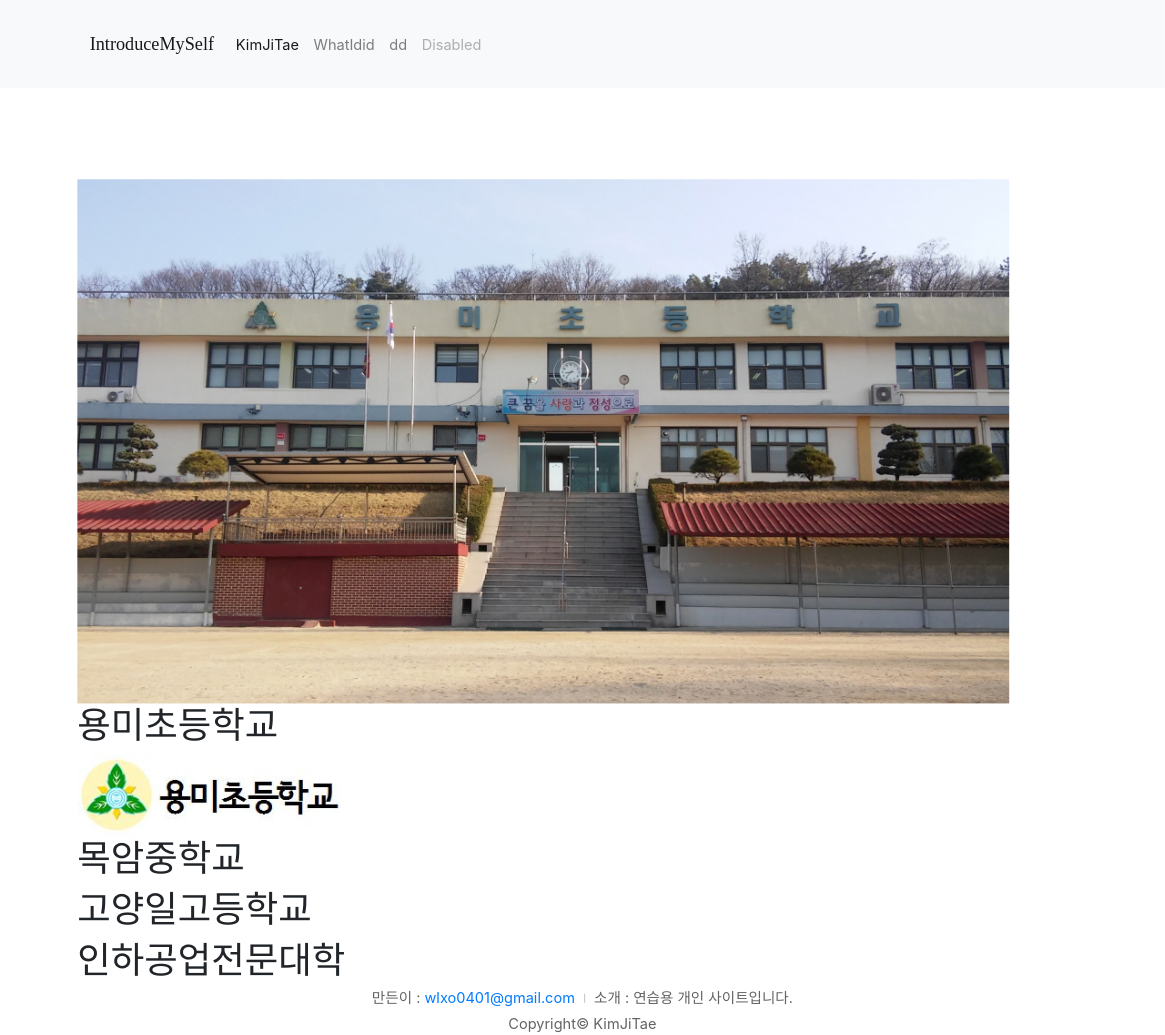
Repository: wlxo0401/IntroduveMySelf
Page: IntroduceMySelf/WebContent/KimJiTae.html
An editor plug-in stored every save of this project. The page is shown before and after the next save, followed by the edit.
The browser window is 1280 px wide. The pictures show the whole page, at 91% of full size.

Above is the page before, as saved 2020-03-11 06:44:44.

### IntroduceMySelf/WebContent/KimJiTae.html
<!DOCTYPE html>
<html>
  <head>
    <!-- Required meta tags -->
    <meta charset="utf-8">
    <meta name="viewport" content="width=device-width, initial-scale=1, shrink-to-fit=no">

    <!-- Bootstrap CSS -->
    <link rel="stylesheet" href="https://stackpath.bootstrapcdn.com/bootstrap/4.4.1/css/bootstrap.min.css" integrity="sha384-Vkoo8x4CGsO3+Hhxv8T/Q5PaXtkKtu6ug5TOeNV6gBiFeWPGFN9MuhOf23Q9Ifjh" crossorigin="anonymous">

    <title>Hello, world!</title>
    <link rel = "stylesheet" href = "style.css">
  </head>
<body>

<div id = "wrap">
	<!-- header -->
	<div id = "header">
		<nav class="navbar navbar-expand-lg navbar-light bg-light nav-distance">
			<a class="navbar-brand" href="https://pensive-heyrovsky-621c38.netlify.com">IntroduceMySelf</a>
		  	<button class="navbar-toggler" type="button" data-toggle="collapse" data-target="#navbarNav" aria-controls="navbarNav" aria-expanded="false" aria-label="Toggle navigation">
		    	<span class="navbar-toggler-icon"></span>
		  	</button>
		  	<div class="collapse navbar-collapse" id="navbarNav">
		    	<ul class="navbar-nav">
		      		<li class="nav-item active">
		        		<a class="nav-link" href="#">KimJiTae <span class="sr-only">(current)</span></a>
		      		</li>
		      		<li class="nav-item">
		        		<a class="nav-link" href="#">WhatIdid</a>
		      		</li>
		      		<li class="nav-item">
		        		<a class="nav-link" href="#">dd</a>
		      		</li>
		      		<li class="nav-item">
		        		<a class="nav-link disabled" href="#" tabindex="-1" aria-disabled="true">Disabled</a>
		      		</li>
		    	</ul>
			</div>
		</nav>
	</div>
	<!-- //header -->
	<!-- container -->
	<div class = "container">
		<div class = "ElementarySchool">
			<img src="img/espic.jpg" alt="My Image">
			<h1>용미초등학교</h1>
			<img src="img/eslogo.jpg" alt="My Image">
		</div>





		<h1>목암중학교</h1>

		<h1>고양일고등학교</h1>

		<h1>인하공업전문대학</h1>
	</div>
	<!-- //container -->
	<!-- footer -->
	<div id = "footer">
		<div class="footer-intro">만든이 : <a href="wlxo0401@gmail.com"> wlxo0401@gmail.com</a><span class="bar"></span>소개 : 연습용 개인 사이트입니다.</div>
		<div class="copyright">Copyright© KimJiTae</div>
	</div>
	<!-- //footer -->
</div>
<!-- Optional JavaScript -->
<!-- jQuery first, then Popper.js, then Bootstrap JS -->
<script src="https://code.jquery.com/jquery-3.4.1.slim.min.js" integrity="sha384-J6qa4849blE2+poT4WnyKhv5vZF5SrPo0iEjwBvKU7imGFAV0wwj1yYfoRSJoZ+n" crossorigin="anonymous"></script>
<script src="https://cdn.jsdelivr.net/npm/popper.js@1.16.0/dist/umd/popper.min.js" integrity="sha384-Q6E9RHvbIyZFJoft+2mJbHaEWldlvI9IOYy5n3zV9zzTtmI3UksdQRVvoxMfooAo" crossorigin="anonymous"></script>
<script src="https://stackpath.bootstrapcdn.com/bootstrap/4.4.1/js/bootstrap.min.js" integrity="sha384-wfSDF2E50Y2D1uUdj0O3uMBJnjuUD4Ih7YwaYd1iqfktj0Uod8GCExl3Og8ifwB6" crossorigin="anonymous"></script>
</body>
</html>

### IntroduceMySelf/WebContent/style.css
body{
	margin: 0;
	padding: 0;
}


.container{
	margin-top: 100px;
}

.maintitle1{
	font-family: NanumSquareR;
	font-size: 100px;
	line-height: 1.67;
	text-transform: uppercase;
	font-weight: 900;
	text-align: center;
	color: #354655d;
	margin-top: 50px;
	margin-bottom: 50px;
}


.maintitle2{
	text-transform: uppercase;
	font-family: NanumSquareR;
	font-size: 44.5px;
	line-height: 1.67;
	text-align: center;
	color: #354655d;
}


.nav-distance{
	padding: 2.1% 7.7%
}

.navbar-brand{
	font-family: NanumSquareR;
	line-height: 1.68;
	text-align: left;
	color: #35465d;
}


/* On screens that are 600px or less, set the background color to olive */
@media screen and (max-width: 600px) {
  html {
    font-size: 10px;
  }
  .navbar-brand{
  	font-size: 4rem;
  }
}
.footer {
    position: absolute;
    left: 0;
    bottom: 0;
    width: 100%;
	padding: 15px 0;
	text-align: center;
	color: white;
	background: blue;

}

.footer-intro {
    text-align: center;
    margin-top: 10px;
    line-height: 14px;
    color: #636363;
}
.footer-intro span.bar {
    display: inline-block;
    width: 1px;
    height: 10px;
    background: #bebebe;
    margin: 0 10px;
}
.copyright {
    margin-top: 10px;
    text-align: center;
    color: #636363;
}

After the next save:
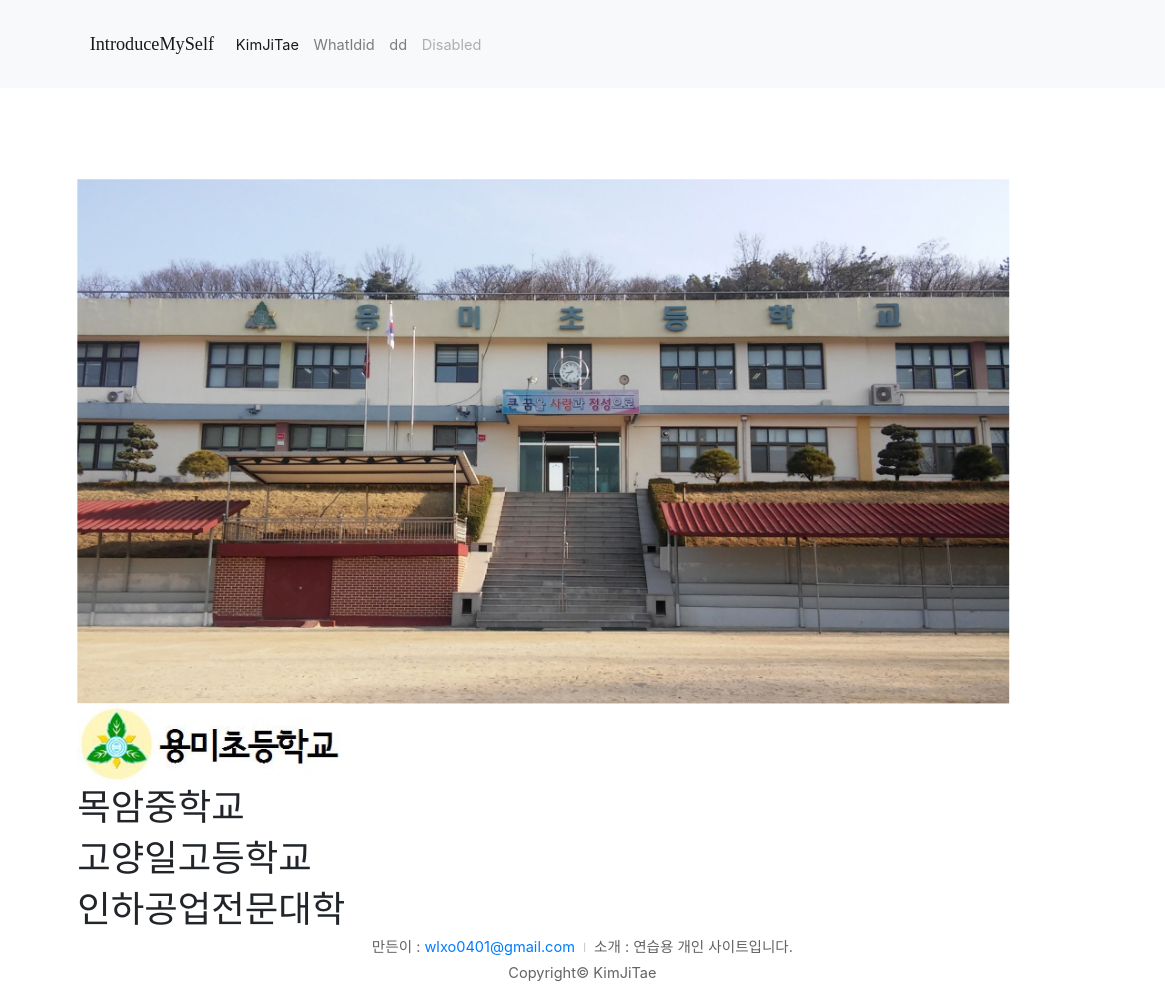
Saved 10 s later.
--- a/IntroduceMySelf/WebContent/KimJiTae.html
+++ b/IntroduceMySelf/WebContent/KimJiTae.html
@@ -44,7 +44,6 @@
 	<div class = "container">
 		<div class = "ElementarySchool">
 			<img src="img/espic.jpg" alt="My Image">
-			<h1>용미초등학교</h1>
 			<img src="img/eslogo.jpg" alt="My Image">
 		</div>
 
